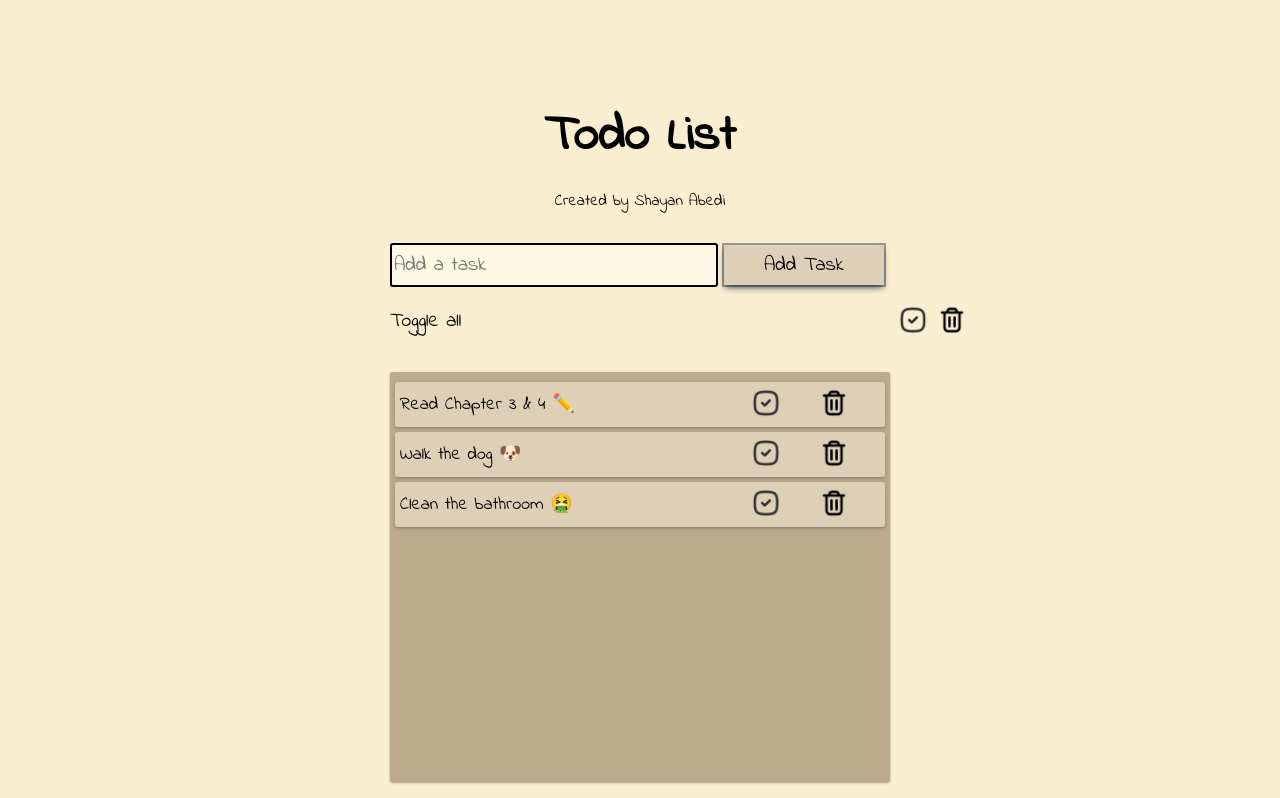
Repository: shayanabedi98/todo-list
Page: /
An editor plug-in stored every save of this project. The page is shown before and after the next save, followed by the edit.
The browser window is 1280 px wide. The pictures show the whole page.
The project was rebuilt for these pictures with package versions that can differ from the ones it lists, and the page was loaded fresh each time. Also part of the build but not shown: vite.config.js.

Above is the page before, as saved 2023-12-30 17:19:53.

### index.html
<!doctype html>
<html lang="en">
  <head>
    <meta charset="UTF-8" />
    <link rel="icon" type="image/svg+xml" href="./src/assets/pencil-svgrepo-com.png" />
    <meta name="viewport" content="width=device-width, initial-scale=1.0" />
    <link rel="preconnect" href="https://fonts.googleapis.com">
    <link rel="preconnect" href="https://fonts.gstatic.com" crossorigin>
    <link href="https://fonts.googleapis.com/css2?family=Indie+Flower&display=swap" rel="stylesheet">
    <title>Todo List</title>
  </head>
  <body>
    <div id="root"></div>
    <script type="module" src="/src/main.jsx"></script>
  </body>
</html>

### src/App.jsx
import { useState } from "react";
import { v4 as uuid } from "uuid";
import TodoList from "./TodoList";
import CreateTask from "./CreateTask";
import AffectAll from "./AffectAll";

function App() {
  const [list, setList] = useState([
    { id: uuid(), text: "Read Chapter 3 & 4 ✏️", completed: false },
    { id: uuid(), text: "Walk the dog 🐶", completed: false },
    { id: uuid(), text: "Clean the bathroom 🤮", completed: false },
  ]);
  const [input, setInput] = useState("");

  const addTask = () => {
    if (input.trim() !== "") {
      setList([...list, { id: uuid(), text: input, completed: false }]);
      setInput("");
    }
  };

  const handleChange = (event) => {
    setInput(event.target.value);
  };

  const handleDelete = (taskID) => {
    const newList = list.filter((task) => {
      return task.id !== taskID;
    });
    setList(newList);
  };

  const handleComplete = (taskID) => {
    const newList = list.map((task) => {
      if (task.id === taskID) {
        return { ...task, completed: !task.completed };
      } else {
        return task;
      }
    });
    setList(newList);
  };

  const clearAll = () => {
    setList([]);
  };

  const completeAll = () => {
    const isItCompleted = list.some((task) => !task.completed);
    const newList = list.map((task) => ({ ...task, completed: isItCompleted }));
    setList(newList)
  };

  return (
    <>
      <h1>Todo List</h1>
      <p>Created by Shayan Abedi</p>
      <CreateTask handleChange={handleChange} input={input} addTask={addTask} />
      <AffectAll clearAll={clearAll} completeAll={completeAll} />
      <TodoList
        list={list}
        handleDelete={handleDelete}
        handleComplete={handleComplete}
      />
    </>
  );
}

export default App;

### src/index.css
body {
  background-color: #FAEED1;
  font-family: 'Indie Flower', cursive;
}

h1 {
  font-size: 50px;
  margin-top: 100px;
  margin-bottom: 0;
  text-align: center;
}

.create-task {
  display: grid;
  place-items: center;
  align-content: center;
  grid-template-columns: 1fr 1fr;
  margin: 30px auto 0 auto;
}

.create-task input {
  background-color: #FDF7E4;
  border: 2px solid black;
  border-radius: 3px;
  font-size: 20px;
  height: 38px;
  width: 320px;
  font-family: 'Indie Flower', cursive;
}

.create-task button {
  background-color: #DED0B6;
  border: none;
  font-family: 'Indie Flower', cursive;
  height: 40px;
  width: 160px;
  font-size: 20px;
  box-shadow: rgba(6, 24, 44, 0.4) 0px 0px 0px 2px, rgba(6, 24, 44, 0.65) 0px 4px 6px -1px, rgba(255, 255, 255, 0.08) 0px 1px 0px inset;
  cursor: pointer;
}

.affect-all {
  display: grid;
  grid-template-columns: 1fr 1fr;
}

.affect-all #one {
  width: 50%;
}

.affect-all #two {
  display: grid;
  grid-template-columns: 1fr 1fr;
}

.affect-all p{
 text-align: start;
 font-size: 20px;
}

.affect-all button {
  background-color: #FAEED1;
  border: none;
  font-family: 'Indie Flower', cursive;
  height: 35px;
  width: 35px;
  margin: auto 2px;
  cursor: pointer;
}

.list ul {
 padding: 5px;
 box-shadow: rgba(0, 0, 0, 0.12) 0px 1px 3px, rgba(0, 0, 0, 0.24) 0px 1px 2px;
  border-radius: 3px;
  background-color: #BBAB8C;
  min-height: 400px;
}

.list li {
  list-style: none;
  display: grid;
  grid-template-columns: 1fr 0.2fr 0.2fr;
  background-color: #DED0B6;
  margin-top: 5px;
  margin-bottom: 5px;
  padding: 5px;
  box-shadow: rgba(50, 50, 93, 0.25) 0px 2px 5px -1px, rgba(0, 0, 0, 0.3) 0px 1px 3px -1px;
  border-radius: 3px;
  font-size: 18px;
  align-items: center;
}

p, h1, .create-task, .list, .affect-all {
  width: 500px;
  margin-left: auto;
  margin-right: auto;
}

.list button {
  background-color: #DED0B6;
  height: 35px;
  width: 35px;
  margin: auto 2px;
  cursor: pointer;
  border: none;
  border-radius: 3px;
}

.list img, .affect-all img {
  height: 30px;
}

p {
  text-align: center;
}

### src/TodoList.jsx
import React from "react";
import trash from "./assets/trash.png";
import check from "./assets/check.png";

const TodoList = ({ handleComplete, handleDelete, list }) => {
  const completedStyle = (condition) => {
    return condition
      ? {
          color: "grey",
          textDecoration: "line-through",
        }
      : {};
  };

  return (
    <div className="list">
      <ul>
        {list.map((task) => {
          return (
            <li key={task.id}>
              <span style={completedStyle(task.completed)}>{task.text}</span>
              <button id="complete" onClick={() => handleComplete(task.id)}>
                <img src={check} alt="checkmark button"/>
              </button>
              <button id="delete" onClick={() => handleDelete(task.id)}>
                <img src={trash} alt="delete button"/>
              </button>
            </li>
          );
        })}
      </ul>
    </div>
  );
};

export default TodoList;

### src/CreateTask.jsx
import React from "react";

const CreateTask = ({input, addTask, handleChange}) => {
  return (
    <div className="create-task">
      <input
        onKeyDown={(e) => e.key === 'Enter' && addTask()}
        placeholder="Add a task"
        type="text"
        onChange={handleChange}
        value={input}
      />
      <button onClick={addTask}>Add Task</button>
    </div>
  );
};

export default CreateTask;

### src/AffectAll.jsx
import React from "react";
import trash from "./assets/trash.png";
import check from "./assets/check.png";

const AffectAll = ({ clearAll, completeAll }) => {
  return (
    <div className="affect-all">
      <div id="one">
        <p>Toggle all</p>
      </div>
      <div id="two">
        <button onClick={completeAll}>
          <img src={check} alt="" />
        </button>
        <button onClick={clearAll}>
          <img src={trash} alt="" />
        </button>
      </div>
    </div>
  );
};

export default AffectAll;

Loaded but not shown: src/main.jsx (common file)

After the next save:
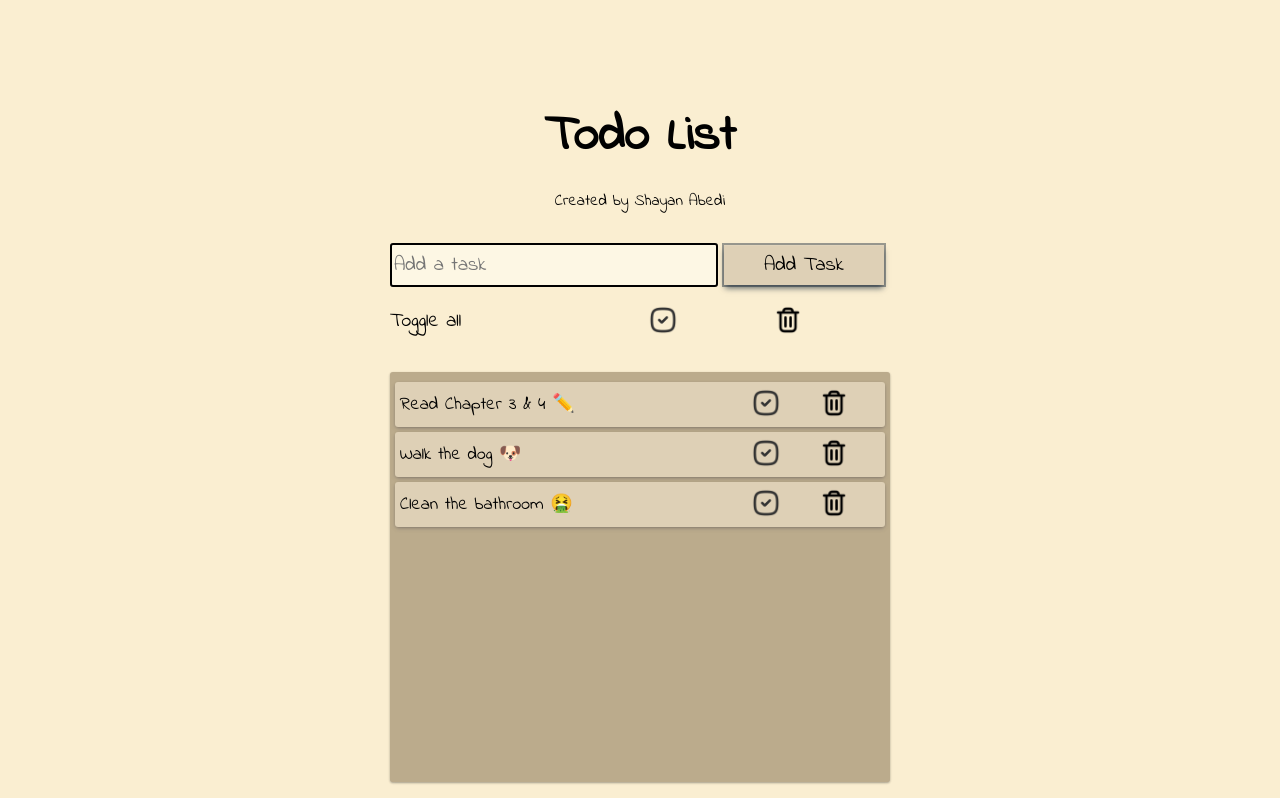
Saved 7 s later.
--- a/src/index.css
+++ b/src/index.css
@@ -45,7 +45,7 @@
 }
 
 .affect-all #one {
-  width: 50%;
+  width: 50px;
 }
 
 .affect-all #two {

After the save that followed:
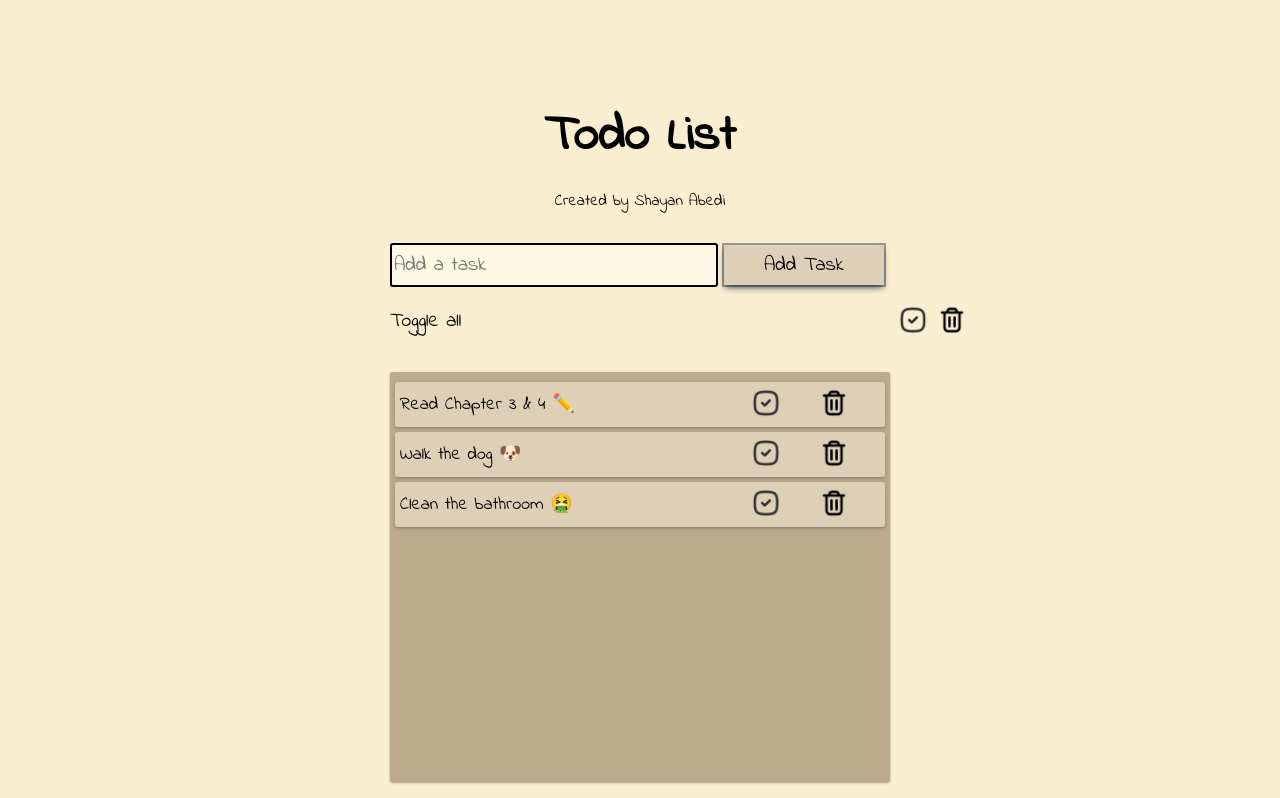
Saved 7 s later.
--- a/src/index.css
+++ b/src/index.css
@@ -45,7 +45,7 @@
 }
 
 .affect-all #one {
-  width: 50px;
+  width: 500px;
 }
 
 .affect-all #two {
